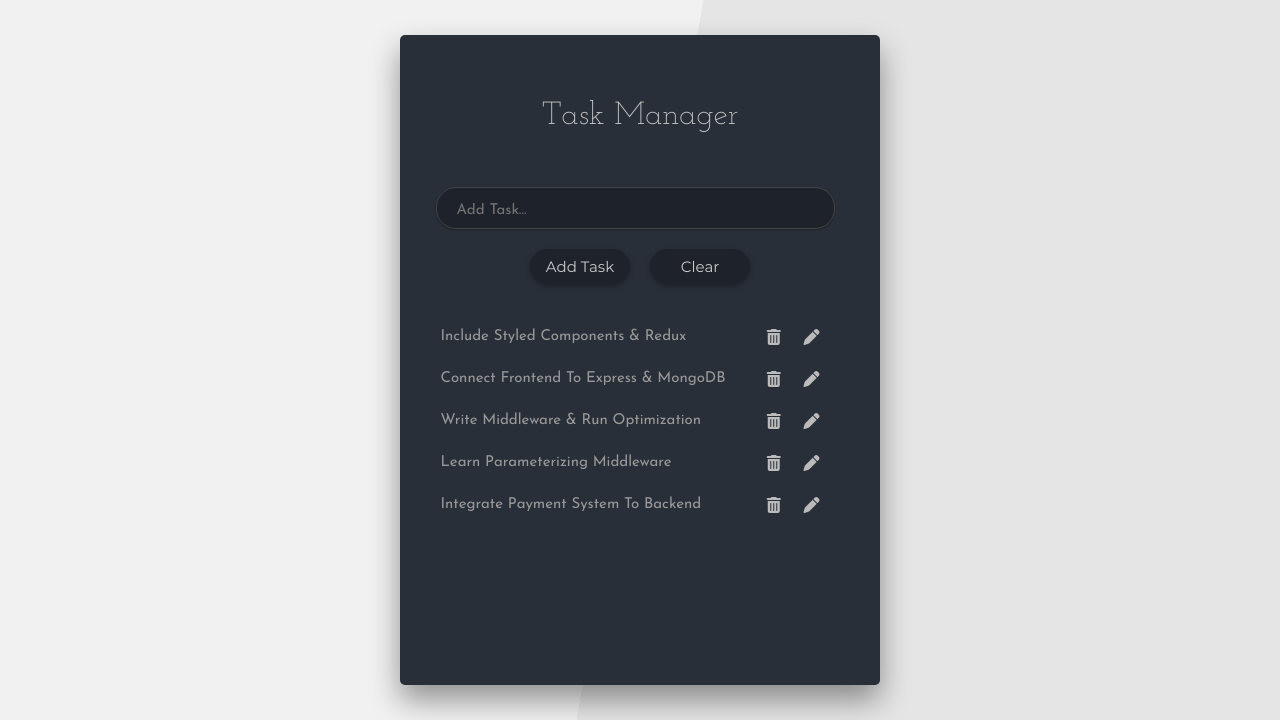
Repository: Kol124/react-task-manager
Page: /
These files come from the project's save history. The page is drawn as it stood at one moment and after the next save; the edit follows.
The browser window is 1280 px wide. The pictures show the whole page.
Some web libraries are served in a nearby version. The project was rebuilt for these pictures with package versions that can differ from the ones it lists, and the page was loaded fresh each time.

Above is the page before, as saved 2021-06-23 13:00:46.

### public/index.html
<!DOCTYPE html>
<html lang="en">
  <head>
    <meta charset="utf-8" />
    <link rel="icon" href="%PUBLIC_URL%/favicon.ico" />
    <meta name="viewport" content="width=device-width, initial-scale=1" />
    <meta name="theme-color" content="#000000" />
    <meta
      name="description"
      content="Web site created using create-react-app"
    />
    <link rel="apple-touch-icon" href="%PUBLIC_URL%/logo192.png" />
    <!--
      manifest.json provides metadata used when your web app is installed on a
      user's mobile device or desktop. See https://developers.google.com/web/fundamentals/web-app-manifest/
    -->
    <link rel="manifest" href="%PUBLIC_URL%/manifest.json" />
    <!--
      Notice the use of %PUBLIC_URL% in the tags above.
      It will be replaced with the URL of the `public` folder during the build.
      Only files inside the `public` folder can be referenced from the HTML.

      Unlike "/favicon.ico" or "favicon.ico", "%PUBLIC_URL%/favicon.ico" will
      work correctly both with client-side routing and a non-root public URL.
      Learn how to configure a non-root public URL by running `npm run build`.
    -->
    <title>React App</title>
  </head>
  <body>
    <noscript>You need to enable JavaScript to run this app.</noscript>
    <div id="root"></div>
    <!--
      This HTML file is a template.
      If you open it directly in the browser, you will see an empty page.

      You can add webfonts, meta tags, or analytics to this file.
      The build step will place the bundled scripts into the <body> tag.

      To begin the development, run `npm start` or `yarn start`.
      To create a production bundle, use `npm run build` or `yarn build`.
    -->
  </body>
  <script
    src="https://kit.fontawesome.com/0a37ebcd2b.js"
    crossorigin="anonymous"
  ></script>
</html>

### src/App.js
import "./App.css";
import React from "react";
import Header from "./components/Header";
import TaskForm from "./components/TaskForm";
import TaskList from "./components/TaskList";
import TaskContextProvider from "./context/TaskContext";

function App() {
  return (
    <TaskContextProvider>
      <div className="container">
        <div className="app-wrapper">
          <Header />
          <div className="main">
            <TaskForm />
            <TaskList />
          </div>
        </div>
      </div>
    </TaskContextProvider>
  );
}

export default App;

### src/App.css
@import url("fonts.css");

* {
  margin: 0;
  padding: 0;
  box-sizing: inherit;
}

html {
  box-sizing: border-box;
  font-size: 62.5%;
}

.container {
  width: 100%;
  height: 100vh;
  display: flex;
  align-items: center;
  justify-content: center;
  background: linear-gradient(100deg, #f1f1f1 50%, #e5e5e5 0);
}

.app-wrapper {
  background-color: #292f38;
  width: 48rem;
  height: 65rem;
  padding: 3rem;
  border-radius: 5px;
  box-shadow: 0 15px 30px rgba(0, 0, 0, 0.4);
}

.header .main-header {
  font-family: "Josefin Slab", serif;
  text-align: center;
  font-size: 3.2rem;
  color: #ccc;
  font-weight: 300;
  margin: 35px 20px 55px 20px;
}

.main {
  display: flex;
  flex-direction: column;
  align-items: space-between;
  margin-bottom: 5.5rem;
  width: 100%;
}

.form {
  display: flex;
  flex-direction: column;
  justify-content: center;
  align-items: center;
  margin-bottom: 15px;
}

.task-input {
  font-family: "Josefin Sans", serif;
  padding: 15px 10px 10px 20px;
  margin: 0 10px 10px 0;
  color: #ccc;
  width: 95%;
  outline: none;
  font-size: 15px;
  border-radius: 20px;
  border: 1px solid #444;
  background-color: #1d222b;
  box-shadow: 0 1px 2px rgba(0, 0, 0, 0.3);
}

@media only screen and (max-width: 460px) {
  html {
    font-size: 50%;
  }
}

.buttons {
  display: flex;
}

.btn {
  margin: 10px;
}

.add-task-btn {
  min-width: 100px;
  background-color: #1d222b;
  color: #ccc;
  border: none;
  font-family: "Montserrat", sans-serif;
  font-size: 1.5rem;
  border-radius: 20px;
  box-shadow: 0 2px 5px rgba(0, 0, 0, 0.3);
  outline: none;
  cursor: pointer;
}

.list {
  width: 95%;
  margin: auto;
  max-height: 300px;
  overflow: hidden;
  overflow-y: auto;
}

/* width */
::-webkit-scrollbar {
  width: 7px;
}

/* Track */
::-webkit-scrollbar-track {
  border-radius: 10px;
  background-color: #aaa;
}

/* Handle */
::-webkit-scrollbar-thumb {
  background: #444;
  border-radius: 10px;
}

.list-item {
  display: flex;
  justify-content: space-between;
  margin: 20px 0;
  padding-bottom: 5px;
}

.list-item span {
  font-family: "Josefin Sans", sans-serif;
  color: #999;
  font-size: 1.5rem;
  text-transform: capitalize;
}

.task-btn {
  cursor: pointer;
  background-color: transparent;
  border: none;
  outline: none;
}

.btn-delete i {
  font-size: 16px;
  color: #bbb;
  margin-right: 20px;
}

.btn-edit i {
  font-size: 16px;
  color: #bbb;
  margin-right: 20px;
}

.clear-btn {
  width: 100px;
  height: 35px;
  background-color: #1d222b;
  color: #ccc;
  border: none;
  font-family: "Montserrat", sans-serif;
  font-size: 1.5rem;
  border-radius: 20px;
  box-shadow: 0 2px 5px rgba(0, 0, 0, 0.3);
  outline: none;
  cursor: pointer;
}

.no-tasks {
  color: #777;
  text-align: center;
  font-family: "Montserrat", sans-serif;
  margin-top: 20px;
  font-size: 18px;
}

### src/components/Header.js
import React from "react";

const Header = () => {
  return (
    <div className="header">
      <h1 className="main-header">Task Manager</h1>
    </div>
  );
};

export default Header;

### src/components/TaskForm.js
import React, { useState, useContext, useEffect } from "react";
import { TaskContext } from "../context/TaskContext";

export default function TaskForm() {
  const { editItem, setEditItem, dispatch } = useContext(TaskContext);
  const [title, setTitle] = useState("");

  const handleSubmit = (e) => {
    e.preventDefault();
    if (editItem !== null) {
      dispatch({
        type: "EDIT_TASK",
        task: {
          title,
          id: editItem.id,
        },
      });
      setEditItem(null);
    } else {
      dispatch({
        type: "ADD_TASK",
        task: {
          title,
        },
      });
    }

    setTitle("");
  };

  useEffect(() => {
    if (editItem !== null) {
      setTitle(editItem.title);
      console.log(editItem);
    } else {
      setTitle("");
    }
  }, [editItem]);

  return (
    <form onSubmit={handleSubmit} className="form">
      <input
        type="text"
        placeholder="Add Task..."
        value={title}
        onChange={(e) => setTitle(e.target.value)}
        required
        className="task-input"
      />
      <div className="buttons">
        <button type="submit" className="btn add-task-btn">
          {editItem ? "Edit Task" : "Add Task"}
        </button>
        <button
          className="btn clear-btn"
          onClick={() => dispatch({ type: "CLEAR_TASK" })}
        >
          Clear
        </button>
      </div>
    </form>
  );
}

### src/components/TaskList.js
import React, { useContext } from "react";
import { TaskContext } from "../context/TaskContext";
import Task from "./Task";

export default function TaskList() {
  const { tasks } = useContext(TaskContext);

  return (
    <div>
      {tasks.length ? (
        <ul className="list">
          {tasks.map((task) => {
            return <Task task={task} key={task.id} />;
          })}
        </ul>
      ) : (
        <div className="no-tasks">No Tasks</div>
      )}
    </div>
  );
}

### src/context/TaskContext.js
import React, { createContext, useState, useReducer, useEffect } from "react";
import TaskReducer from "../reducer/TaskReducer";

export const TaskContext = createContext();

export default function TaskContextProvider(props) {
  const [tasks, dispatch] = useReducer(TaskReducer, [
    { title: "Include styled components & redux", id: 1 },
    { title: "Connect frontend to express & mongoDB", id: 2 },
    { title: "Write middleware & run optimization", id: 3 },
    { title: "Learn parameterizing middleware", id: 4 },
    { title: "Integrate payment system to backend", id: 5 },
  ]);
  const [editItem, setEditItem] = useState(null);

  const findItem = (id) => {
    const item = tasks.find((task) => task.id === id);
    setEditItem(item);
  };

  useEffect(() => {
    console.log(tasks);
  });

  return (
    <TaskContext.Provider
      value={{ tasks, editItem, setEditItem, findItem, dispatch }}
    >
      {props.children}
    </TaskContext.Provider>
  );
}

### src/fonts.css
/* josefin-sans-300 - latin */
@font-face {
  font-family: "Josefin Sans";
  font-style: normal;
  font-weight: 300;
  src: url("./fonts/josefin-sans-v17-latin-300.eot"); /* IE9 Compat Modes */
  src: local(""),
    url("./fonts/josefin-sans-v17-latin-300.eot?#iefix")
      format("embedded-opentype"),
    /* IE6-IE8 */ url("./fonts/josefin-sans-v17-latin-300.woff2")
      format("woff2"),
    /* Super Modern Browsers */ url("./fonts/josefin-sans-v17-latin-300.woff")
      format("woff"),
    /* Modern Browsers */ url("./fonts/josefin-sans-v17-latin-300.ttf")
      format("truetype"),
    /* Safari, Android, iOS */
      url("./fonts/josefin-sans-v17-latin-300.svg#JosefinSans") format("svg"); /* Legacy iOS */
}
/* josefin-sans-regular - latin */
@font-face {
  font-family: "Josefin Sans";
  font-style: normal;
  font-weight: 400;
  src: url("./fonts/josefin-sans-v17-latin-regular.eot"); /* IE9 Compat Modes */
  src: local(""),
    url("./fonts/josefin-sans-v17-latin-regular.eot?#iefix")
      format("embedded-opentype"),
    /* IE6-IE8 */ url("./fonts/josefin-sans-v17-latin-regular.woff2")
      format("woff2"),
    /* Super Modern Browsers */
      url("./fonts/josefin-sans-v17-latin-regular.woff") format("woff"),
    /* Modern Browsers */ url("./fonts/josefin-sans-v17-latin-regular.ttf")
      format("truetype"),
    /* Safari, Android, iOS */
      url("./fonts/josefin-sans-v17-latin-regular.svg#JosefinSans")
      format("svg"); /* Legacy iOS */
}
/* josefin-sans-600 - latin */
@font-face {
  font-family: "Josefin Sans";
  font-style: normal;
  font-weight: 600;
  src: url("./fonts/josefin-sans-v17-latin-600.eot"); /* IE9 Compat Modes */
  src: local(""),
    url("./fonts/josefin-sans-v17-latin-600.eot?#iefix")
      format("embedded-opentype"),
    /* IE6-IE8 */ url("./fonts/josefin-sans-v17-latin-600.woff2")
      format("woff2"),
    /* Super Modern Browsers */ url("./fonts/josefin-sans-v17-latin-600.woff")
      format("woff"),
    /* Modern Browsers */ url("./fonts/josefin-sans-v17-latin-600.ttf")
      format("truetype"),
    /* Safari, Android, iOS */
      url("./fonts/josefin-sans-v17-latin-600.svg#JosefinSans") format("svg"); /* Legacy iOS */
}
/* josefin-sans-700 - latin */
@font-face {
  font-family: "Josefin Sans";
  font-style: normal;
  font-weight: 700;
  src: url("./fonts/josefin-sans-v17-latin-700.eot"); /* IE9 Compat Modes */
  src: local(""),
    url("./fonts/josefin-sans-v17-latin-700.eot?#iefix")
      format("embedded-opentype"),
    /* IE6-IE8 */ url("./fonts/josefin-sans-v17-latin-700.woff2")
      format("woff2"),
    /* Super Modern Browsers */ url("./fonts/josefin-sans-v17-latin-700.woff")
      format("woff"),
    /* Modern Browsers */ url("./fonts/josefin-sans-v17-latin-700.ttf")
      format("truetype"),
    /* Safari, Android, iOS */
      url("./fonts/josefin-sans-v17-latin-700.svg#JosefinSans") format("svg"); /* Legacy iOS */
}

/* josefin-slab-300 - latin */
@font-face {
  font-family: "Josefin Slab";
  font-style: normal;
  font-weight: 300;
  src: url("./fonts/josefin-slab-v13-latin-300.eot"); /* IE9 Compat Modes */
  src: local(""),
    url("./fonts/josefin-slab-v13-latin-300.eot?#iefix")
      format("embedded-opentype"),
    /* IE6-IE8 */ url("./fonts/josefin-slab-v13-latin-300.woff2")
      format("woff2"),
    /* Super Modern Browsers */ url("./fonts/josefin-slab-v13-latin-300.woff")
      format("woff"),
    /* Modern Browsers */ url("./fonts/josefin-slab-v13-latin-300.ttf")
      format("truetype"),
    /* Safari, Android, iOS */
      url("./fonts/josefin-slab-v13-latin-300.svg#JosefinSlab") format("svg"); /* Legacy iOS */
}
/* josefin-slab-regular - latin */
@font-face {
  font-family: "Josefin Slab";
  font-style: normal;
  font-weight: 400;
  src: url("./fonts/josefin-slab-v13-latin-regular.eot"); /* IE9 Compat Modes */
  src: local(""),
    url("./fonts/josefin-slab-v13-latin-regular.eot?#iefix")
      format("embedded-opentype"),
    /* IE6-IE8 */ url("./fonts/josefin-slab-v13-latin-regular.woff2")
      format("woff2"),
    /* Super Modern Browsers */
      url("./fonts/josefin-slab-v13-latin-regular.woff") format("woff"),
    /* Modern Browsers */ url("./fonts/josefin-slab-v13-latin-regular.ttf")
      format("truetype"),
    /* Safari, Android, iOS */
      url("./fonts/josefin-slab-v13-latin-regular.svg#JosefinSlab")
      format("svg"); /* Legacy iOS */
}
/* josefin-slab-600 - latin */
@font-face {
  font-family: "Josefin Slab";
  font-style: normal;
  font-weight: 600;
  src: url("./fonts/josefin-slab-v13-latin-600.eot"); /* IE9 Compat Modes */
  src: local(""),
    url("./fonts/josefin-slab-v13-latin-600.eot?#iefix")
      format("embedded-opentype"),
    /* IE6-IE8 */ url("./fonts/josefin-slab-v13-latin-600.woff2")
      format("woff2"),
    /* Super Modern Browsers */ url("./fonts/josefin-slab-v13-latin-600.woff")
      format("woff"),
    /* Modern Browsers */ url("./fonts/josefin-slab-v13-latin-600.ttf")
      format("truetype"),
    /* Safari, Android, iOS */
      url("./fonts/josefin-slab-v13-latin-600.svg#JosefinSlab") format("svg"); /* Legacy iOS */
}
/* josefin-slab-700 - latin */
@font-face {
  font-family: "Josefin Slab";
  font-style: normal;
  font-weight: 700;
  src: url("./fonts/josefin-slab-v13-latin-700.eot"); /* IE9 Compat Modes */
  src: local(""),
    url("./fonts/josefin-slab-v13-latin-700.eot?#iefix")
      format("embedded-opentype"),
    /* IE6-IE8 */ url("./fonts/josefin-slab-v13-latin-700.woff2")
      format("woff2"),
    /* Super Modern Browsers */ url("./fonts/josefin-slab-v13-latin-700.woff")
      format("woff"),
    /* Modern Browsers */ url("./fonts/josefin-slab-v13-latin-700.ttf")
      format("truetype"),
    /* Safari, Android, iOS */
      url("./fonts/josefin-slab-v13-latin-700.svg#JosefinSlab") format("svg"); /* Legacy iOS */
}

/* montserrat-300 - latin */
@font-face {
  font-family: "Montserrat";
  font-style: normal;
  font-weight: 300;
  src: url("./fonts/montserrat-v15-latin-300.eot"); /* IE9 Compat Modes */
  src: local(""),
    url("./fonts/montserrat-v15-latin-300.eot?#iefix")
      format("embedded-opentype"),
    /* IE6-IE8 */ url("./fonts/montserrat-v15-latin-300.woff2") format("woff2"),
    /* Super Modern Browsers */ url("./fonts/montserrat-v15-latin-300.woff")
      format("woff"),
    /* Modern Browsers */ url("./fonts/montserrat-v15-latin-300.ttf")
      format("truetype"),
    /* Safari, Android, iOS */
      url("./fonts/montserrat-v15-latin-300.svg#Montserrat") format("svg"); /* Legacy iOS */
}
/* montserrat-regular - latin */
@font-face {
  font-family: "Montserrat";
  font-style: normal;
  font-weight: 400;
  src: url("./fonts/montserrat-v15-latin-regular.eot"); /* IE9 Compat Modes */
  src: local(""),
    url("./fonts/montserrat-v15-latin-regular.eot?#iefix")
      format("embedded-opentype"),
    /* IE6-IE8 */ url("./fonts/montserrat-v15-latin-regular.woff2")
      format("woff2"),
    /* Super Modern Browsers */ url("./fonts/montserrat-v15-latin-regular.woff")
      format("woff"),
    /* Modern Browsers */ url("./fonts/montserrat-v15-latin-regular.ttf")
      format("truetype"),
    /* Safari, Android, iOS */
      url("./fonts/montserrat-v15-latin-regular.svg#Montserrat") format("svg"); /* Legacy iOS */
}
/* montserrat-500 - latin */
@font-face {
  font-family: "Montserrat";
  font-style: normal;
  font-weight: 500;
  src: url("./fonts/montserrat-v15-latin-500.eot"); /* IE9 Compat Modes */
  src: local(""),
    url("./fonts/montserrat-v15-latin-500.eot?#iefix")
      format("embedded-opentype"),
    /* IE6-IE8 */ url("./fonts/montserrat-v15-latin-500.woff2") format("woff2"),
    /* Super Modern Browsers */ url("./fonts/montserrat-v15-latin-500.woff")
      format("woff"),
    /* Modern Browsers */ url("./fonts/montserrat-v15-latin-500.ttf")
      format("truetype"),
    /* Safari, Android, iOS */
      url("./fonts/montserrat-v15-latin-500.svg#Montserrat") format("svg"); /* Legacy iOS */
}

### src/components/Task.js
import React, { useContext } from "react";
import { TaskContext } from "../context/TaskContext";

export default function Task({ task }) {
  const { findItem, dispatch } = useContext(TaskContext);

  return (
    <li className="list-item">
      <span>{task.title}</span>
      <div>
        <button
          className="btn-delete task-btn"
          onClick={() =>
            dispatch({ type: "REMOVE_TASK", task: { id: task.id } })
          }
        >
          <i className="fas fa-trash-alt"></i>
        </button>{" "}
        <button className="btn-edit task-btn" onClick={() => findItem(task.id)}>
          <i className="fas fa-pen"></i>
        </button>
      </div>
    </li>
  );
}

### src/reducer/TaskReducer.js
export default function TaskReducer(tasks, action) {
  switch (action.type) {
    case "ADD_TASK":
      return [
        ...tasks,
        {
          title: action.task.title,
          id: Math.random().toString(),
        },
      ];

    case "REMOVE_TASK":
      return tasks.filter((task) => task.id !== action.task.id);

    case "EDIT_TASK":
      return tasks.map((task) =>
        task.id === action.task.id
          ? { title: action.task.title, id: action.task.id }
          : task
      );

    case "CLEAR_TASK":
      return [];

    default:
      return tasks;
  }
}

Loaded but not shown: src/index.js (common file); src/index.css (common file); src/reportWebVitals.js (common file)

After the next save:
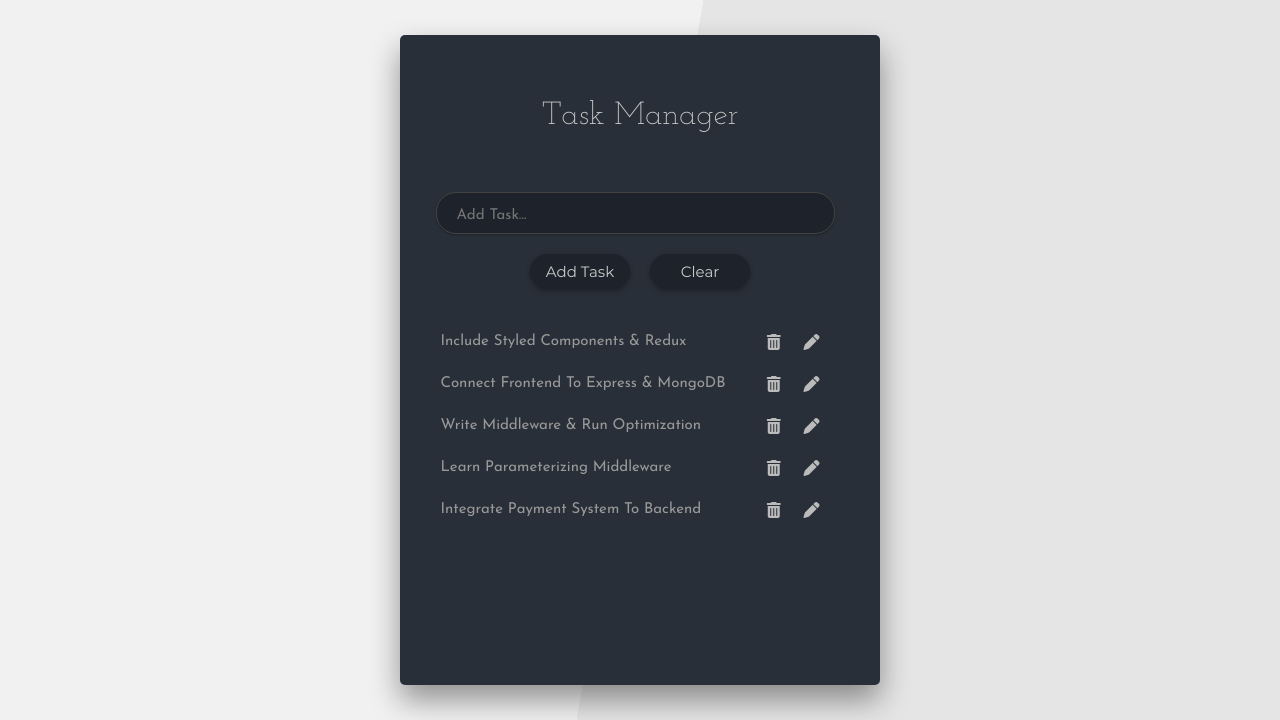
Saved 7 s later.
--- a/src/App.css
+++ b/src/App.css
@@ -35,7 +35,7 @@ html {
   font-size: 3.2rem;
   color: #ccc;
   font-weight: 300;
-  margin: 35px 20px 55px 20px;
+  margin: 35px 20px 60px 20px;
 }
 
 .main {
